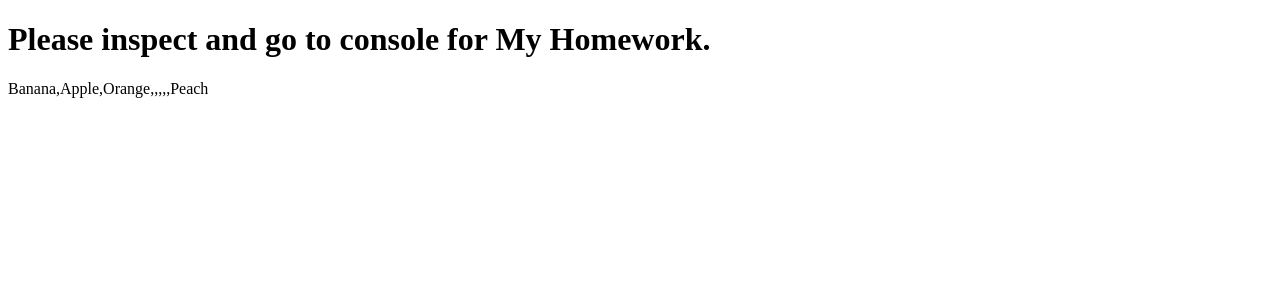
Repository: brightwhitesnow/brightwhitesnow.github.io
Page: Weba/lesson2/homeworkfiles/index.html
These files come from the project's save history. The page is drawn as it stood at one moment and after the next save; the edit follows.
The browser window is 1280 px wide. The pictures show the whole page.

Above is the page before, as saved 2021-04-18 10:18:41.

### Weba/lesson2/homeworkfiles/index.html
<!DOCTYPE html>
<html lang="en">
<head>
    <meta charset="UTF-8">
    <meta http-equiv="X-UA-Compatible" content="IE=edge">
    <meta name="viewport" content="width=device-width, initial-scale=1.0">
    <title>Document</title>
</head>
<body>

<h1>Please inspect and go to console for My Homework.</h1>

<p id="demo"></p>

<script src="./script.js"></script>
</body>
</html>

### Weba/lesson2/homeworkfiles/script.js
console.log('Bài 1')

for (let b = 0; b <= 100; b = b + 7) {
    console.log(b)
}

console.log('Bài 2')

let i = 1;
let j = 1;
if (i === 1) {
    console.log('Monday')
    i++
}
if (j === 1) {
    console.log('Brush My Teeth')
    console.log('Eat')
    console.log('Go to School')
    j++
}
if (i === 2) {
    console.log('Tuesday')
    i++
}
if (j === 2) {
    console.log('Brush My Teeth')
    console.log('Eat')
    console.log('Go to School')
    j++
}
if (i === 3) {
    console.log('Wednesday')
    i++
}
if (j === 3) {
    console.log('Brush My Teeth')
    console.log('Eat')
    console.log('Go to School')
    j++
}
if (i === 4) {
    console.log('Thursday')
    i++
}
if (j === 4) {
    console.log('Brush My Teeth')
    console.log('Eat')
    console.log('Go to School')
    j++
}
if (i === 5) {
    console.log('Friday')
    i++
}
if (j === 5) {
    console.log('Brush My Teeth')
    console.log('Eat')
    console.log('Go to School')
    j++
}

console.log('Bài 3')

for (let z = 50; z <= 70; z++) {
    console.log('Hello Duong ' + z)
}

console.log('Bai 2 Again')

let bai2 = (thu, name) => {
    console.log(thu)
    console.log('Wake Up!')
    console.log('Brush My teeth')
    console.log(name + ', Eat')
}
bai2('Monday', 'Ben')
bai2('Tuesday', 'Ben')
bai2('Wednesday', 'Ben')
bai2('Thursday', 'Ben')
bai2('Friday', 'Ben')













let z = 7
let y = 5


if (y == 0) {
    console.log('Error')
}

if (z == 0) {
    console.log('Error')
}


console.log('Addition')

let a = (y, z) => {
    console.log(y + z)
}

console.log('Multiplication')

let m = (y, z) => {
    console.log(y * z)
}

console.log('Subtraction')

let s = (y, z) => {
    console.log(y - z)
}

console.log('Division')

let d = (y, z) => {
    console.log(y / z)
}





var arr1 = ["Banana", "Apple", "Orange", "", "", "", ""];
var myChildren = arr1.concat("Peach");
document.getElementById("demo").innerHTML = myChildren;

After the next save:
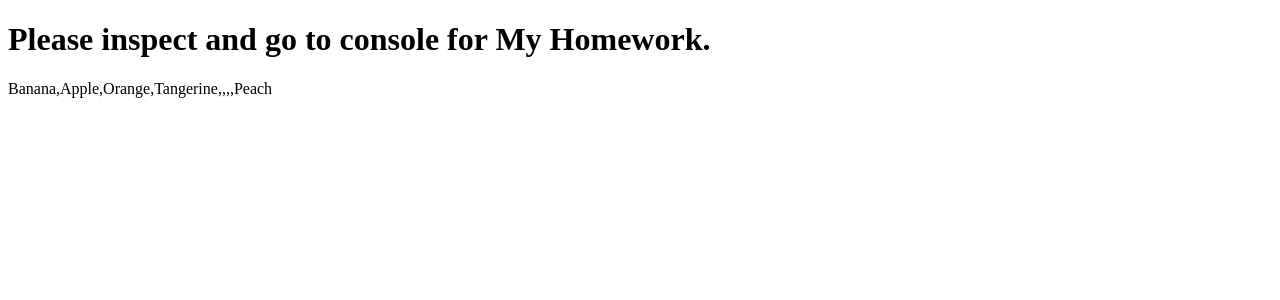
Saved 5 s later.
--- a/Weba/lesson2/homeworkfiles/script.js
+++ b/Weba/lesson2/homeworkfiles/script.js
@@ -132,6 +132,6 @@ let d = (y, z) => {
 
 
 
-var arr1 = ["Banana", "Apple", "Orange", "", "", "", ""];
+var arr1 = ["Banana", "Apple", "Orange", "Tangerine", "", "", ""];
 var myChildren = arr1.concat("Peach");
 document.getElementById("demo").innerHTML = myChildren;
